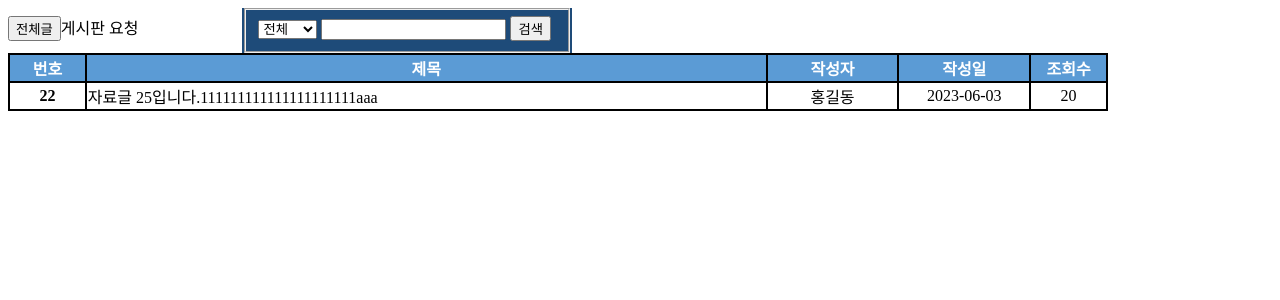
Repository: LJzero-dev/java-study
Page: http://localhost/ktbwos/bbs/request_list.jsp
An editor plug-in stored every save of this project. The page is shown before and after the next save, followed by the edit.
The browser window is 1280 px wide. The pictures show the whole page.
The page is served by Tomcat 9.

Above is the page before, as saved 2023-06-10 13:46:29.

After the next save:
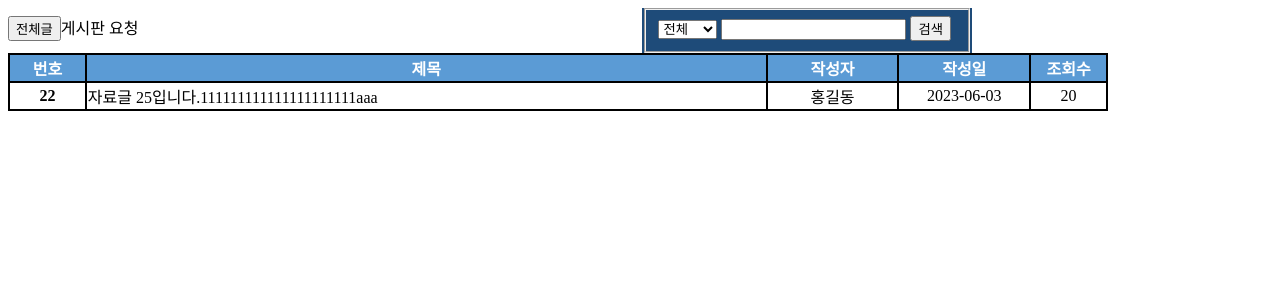
Saved 5 s later.
--- a/web/ktbwos/WebContent/bbs/request_list.jsp
+++ b/web/ktbwos/WebContent/bbs/request_list.jsp
@@ -20,7 +20,7 @@
 
 <div width="1100">
 <input type="button" value="전체글">게시판 요청
-<form style="width:330px; background:#1E4B79; display:inline-block; margin-left: 100px " name="frmSch">
+<form style="width:330px; background:#1E4B79; display:inline-block; margin-left: 500px " name="frmSch">
 <fieldset>
 		<select name="schtype">
 			<option value="all" >전체</option>
